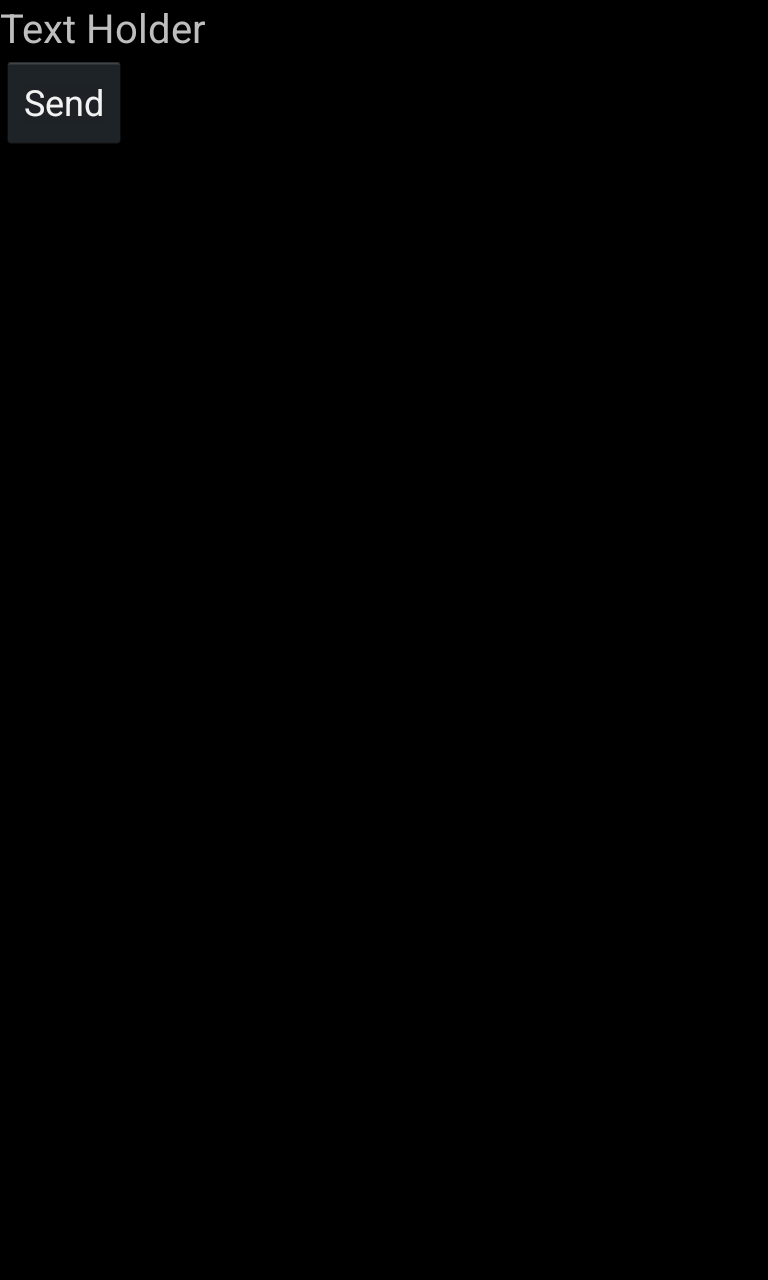
Repository: tomcynicholls/ThirdYearProject
Layout: JavaCode/App/res/layout/activity_display_message.xml
These files come from the project's save history. The layout is drawn as it stood at one moment and after a run of saves; the edit follows.
It is drawn on a 768 x 1280 px phone screen (xhdpi) without system bars, with theme android:Theme.Holo; the app's code is not run.

Above is the layout before, as saved 2013-01-20 15:25:59.

After the next 2 saves:
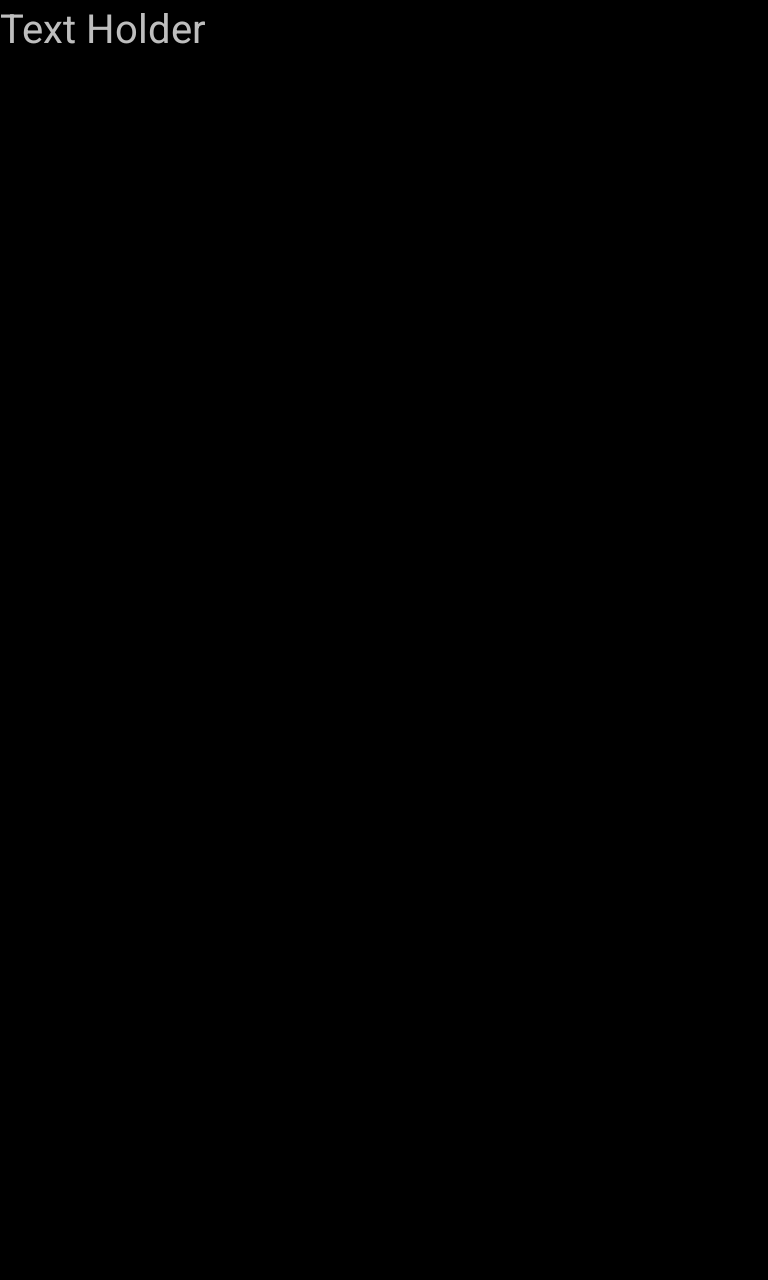
The 2 saves are shown as one change because 1 did not build or start.
The last was saved 2 min 28 s later.
--- a/JavaCode/App/res/layout/activity_display_message.xml
+++ b/JavaCode/App/res/layout/activity_display_message.xml
@@ -5,17 +5,29 @@
     tools:context=".DisplayMessageActivity"
     android:orientation="vertical" >
 
+<LinearLayout
+            android:id="@+id/innerlin"
+            android:layout_width="match_parent"
+            android:layout_height="match_parent"
+            android:orientation="vertical" >
 
     <TextView android:id="@+id/show_message"
         android:layout_width="wrap_content"
         android:layout_height="wrap_content"
         android:textSize="20sp"
         android:text="@string/holder"/>
+    </LinearLayout>
 
+<LinearLayout
+            android:id="@+id/innerlin2"
+            android:layout_width="match_parent"
+            android:layout_height="match_parent"
+            android:orientation="vertical" >
     <Button
         android:layout_width="wrap_content"
         android:layout_height="wrap_content"
         android:text="@string/button_send"
         android:onClick="sendMessage" />
+    </LinearLayout>
 
 </LinearLayout>

After the save that followed:
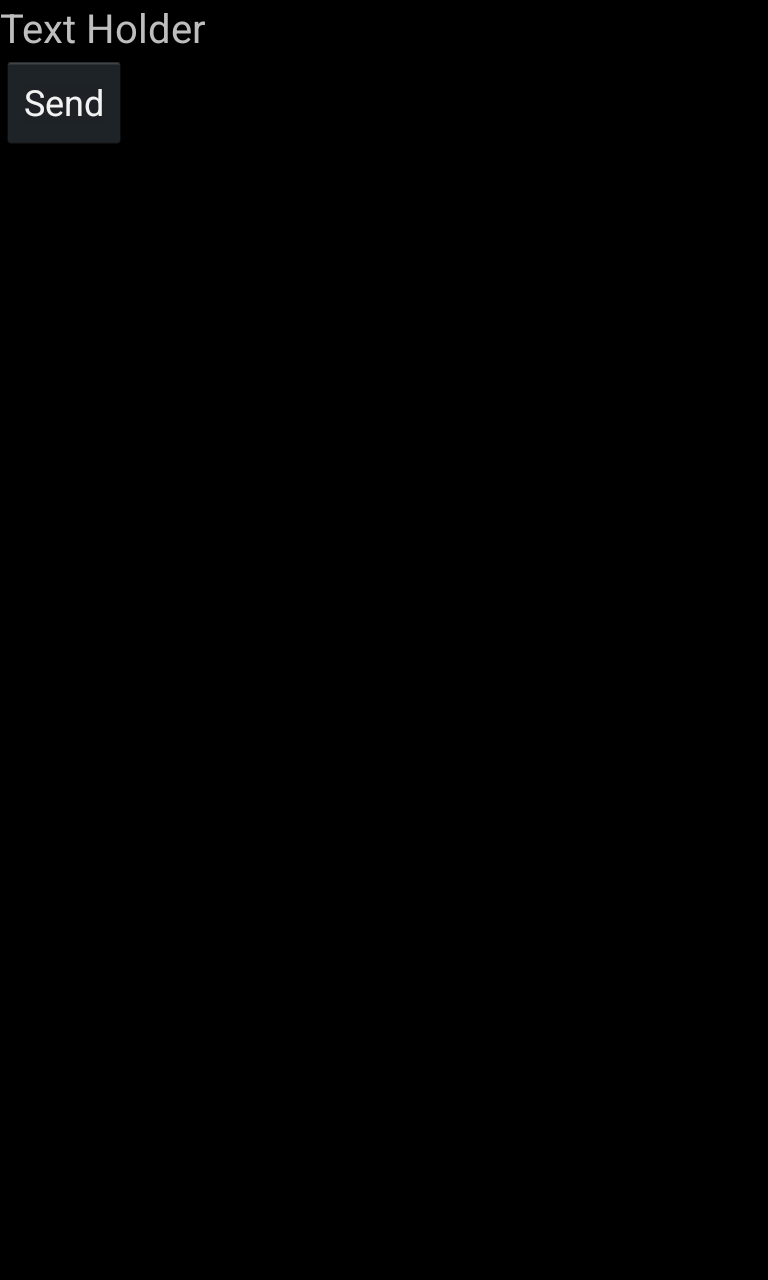
Saved 39 s later.
--- a/JavaCode/App/res/layout/activity_display_message.xml
+++ b/JavaCode/App/res/layout/activity_display_message.xml
@@ -8,7 +8,7 @@
 <LinearLayout
             android:id="@+id/innerlin"
             android:layout_width="match_parent"
-            android:layout_height="match_parent"
+            android:layout_height="wrap_content"
             android:orientation="vertical" >
 
     <TextView android:id="@+id/show_message"
@@ -21,7 +21,7 @@
 <LinearLayout
             android:id="@+id/innerlin2"
             android:layout_width="match_parent"
-            android:layout_height="match_parent"
+            android:layout_height="wrap_content"
             android:orientation="vertical" >
     <Button
         android:layout_width="wrap_content"
